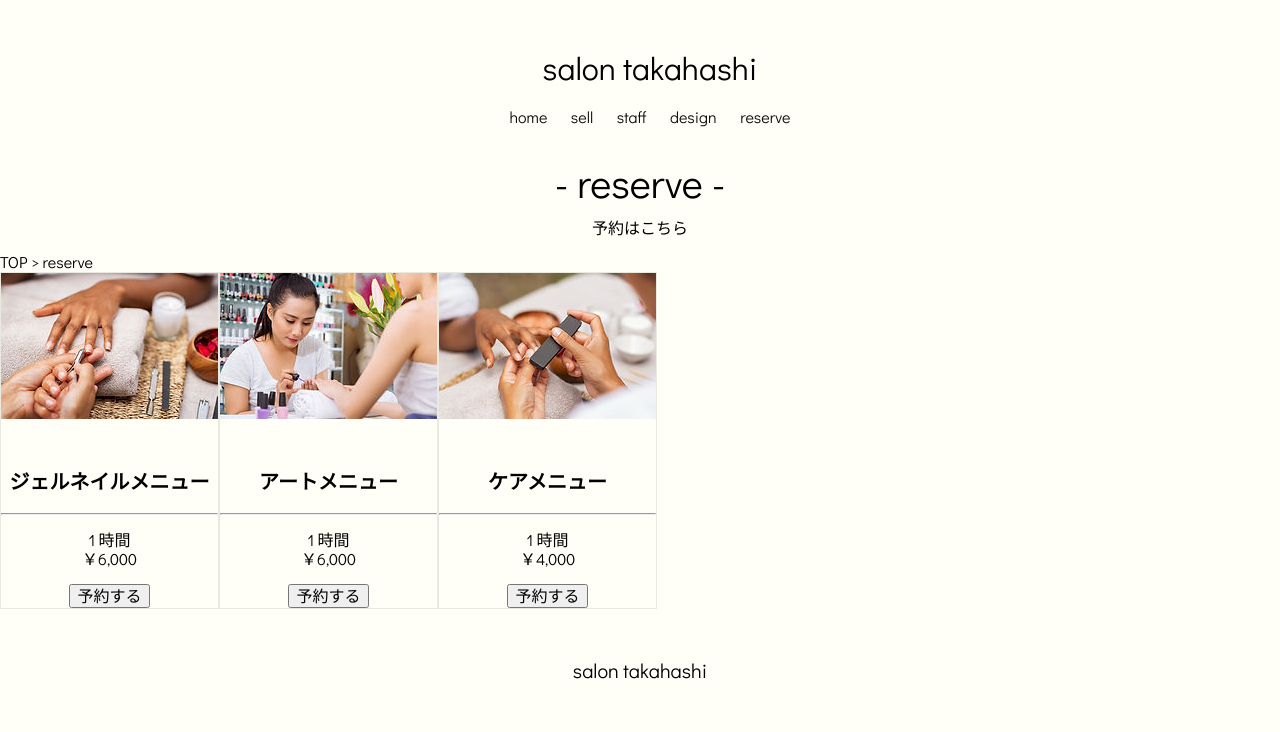
Repository: yukitakahashi1002/salontakahashi-
Page: reserve.html
The author's editor kept a copy of each file at every save. The page is drawn from the files as they stood at one save, then again after the next save.
The browser window is 1280 px wide. The pictures show the whole page.

Above is the page before, as saved 2023-08-07 00:51:46.

### reserve.html
<!DOCTYPE html>
<html>
<head>
    <title>Salon Takahashi - reserve 予約 -</title>
    <meta charset="utf-8">
    <meta name="description" content="サロンタカハシの予約一覧窓口">
    <meta name="viewport" content="width=device-width, initial-scale=1.0">
    <link rel="stylesheet" href='https://fonts.googleapis.com/css?family=Didact Gothic'>
    <link rel="stylesheet" href="css/normalize.css">
    <link rel="stylesheet" href="css/style.css">
</head>
<body>
    <!-- ヘッダー -->
    <header>
        <!-- サイトタイトル -->
        <h1>salon takahashi</h1>

        <!-- PC用ナビゲーション -->
        <nav id="nav-pc">
            <a href="/">home</a>
            <a href="sell.html">sell</a>
            <a href="staff.html">staff</a>
            <a href="design.html">design</a>
            <a href="reserve.html">reserve</a>
        </nav>
    </header>
    <main>
        <article>
            <!-- staff -->
            <section id="reserve">
                <div class="section-title">
                    <h2 class="index-h2">- reserve -</h2>
                    <p>予約はこちら</p>
                </div>
                <div>TOP > reserve</div>
                <div id="reserve-flex">
                    <div>
                        <img src="images/11062b_f559db1cc04e4659ba60bf315688cfeb~mv2.jpg" alt="ジェルネイルメニュー">
                        <div class="staff-flex">
                            <h3>ジェルネイルメニュー</h3>
                            <hr>
                            <p>1 時間<br>￥6,000</p>
                            <button type="button" onclick="location.href='#'">予約する</button>
                        </div>
                    </div>
                    <div>
                        <img src="images/11062b_d6c82e8a1fc042bc97ade38e98abc538~mv2.jpeg" alt="アートメニュー">
                        <div class="staff-flex">
                            <h3>アートメニュー</h3>
                            <hr>
                            <p>1 時間<br>￥6,000</p>
                            <button type="button" onclick="loction.href='#'">予約する</button>
                        </div>
                    </div>
                    <div>
                        <img src="images/11062b_cc6328a56ade492191d4d380690a11f1~mv2.jpeg" alt="ケアメニュー">
                        <div class="staff-flex">
                            <h3>ケアメニュー</h3>
                            <hr>
                            <p>1 時間<br>￥4,000</p>
                            <button type="button" onclick="location.href='#'">予約する</button>
                        </div>
                    </div>
                </div>
            </section>
        </article>
        <footer>
            <p>salon takahashi</p>
        </footer>
    </main>
</body>
</html>

### css/style.css
@charset "utf-8";

/*
* *********************************
*　ページ全体に関わるのCSS設定
* *********************************
*/
html *,
::before,
::after {
    box-sizing: border-box;
}

html {
    font-size: 14px;
}
@media (min-width: 768px)  {
    html {
        font-size: 16px;
    }
}

body {
    font-family: 'Didact Gothic', sans-serif;
    background-color: #FFFFF8;
}

/* 標準的なリンクのテキストの色 */
a {
    color: #f30;
}



/*=============
PC用のスタイル
==============*/
/* 横幅設定 */
body {
    max-width: 1800px;
    min-width: 960px;
    margin: 0 auto 0 auto;
}

/* ヘッダー */
header {
    text-align: center;
    margin-top: 50px;
}
header > h1 {
    margin-left: 20px;
    font-weight: normal;
}

/* ナビゲーションのレイアウト */
#nav-pc > a:link {
    text-decoration: none;
    margin-left: 20px;
    color: #0d0d0d;
}

#nav-pc > a:visited {
    color: #0d0d0d;
}

#nav-pc > a:hover {
    color: #0d0d0d;
    text-decoration: underline;
}

#nav-pc > a:active {
    color: #0d0d0d;
}

/* メインビジュアル */
#main-visual {
    text-align: center;
}

#main-message > h1 {
    font-size: 60px;
    margin: 100px auto 0 auto;
    font-weight: normal;
}
#main-message > p {
    font-size: 20px;
}

#main-visual > img {
    margin: 80px auto 0 auto;
}

/* 見出し */
.section-title {
    text-align: center;
}
.section-title > P {
    margin-top: -20px;
}


h2 {
    font-weight: normal;
    font-size: 40px;
}

h3 {
    font-size: 20px;
}

/* メニュー */
#menu {
    margin: 100px auto 80px auto;
    width: 100%;
}

/* メニューセクションのフレックス部分 */
#menu-flex {
    width: 100%;
    display: flex;
    justify-content: space-between;
}

#menu-flex > div {
    width: 50%;
    height: 600px;
    margin-top: 50px;
}

.menu-flex-left {
    display: flex;
    align-items: flex-start;
    position: relative;
    margin-right: 20px;
    margin-left: 20px;
}

.menu-flex-left > img {
    width: 100%;
}

.placebox-left {
    width: 30%;
    position: absolute;
    top: 25%;
    left: 50%;
    -ms-transform: translate(-50%, -50%);
    -webkit-transform: translate(-50%, -50%);
    transform: translate(-50%, -50%);
    margin: 0;
    padding: 0;
    background-color: #666666;
    opacity: 0.5;
    color: #FFFFFF;
    text-align: center;
    font-weight: bold;
}

/* 商品ページの商品コメント */
.sell-description-left {
    width: 80%;
    position: absolute;
    bottom: 0;
    left: 55%;
    -ms-transform: translate(-50%, -50%);
    -webkit-transform: translate(-50%, -50%);
    transform: translate(-50%, -50%);
    margin: 0;
    padding: 0;
    text-align: left;
}

/* スタッフセクションのフレックス部分 */
.staff-flex {
    text-align: center;
    margin: 3rem 0 0 0;
}

.menu-flex-right {
    display: flex;
    align-items: flex-end;
    position: relative;
    margin-right: 20px;
    margin-left: 20px;
}


.menu-flex-right > img {
    width: 100%;
}

.placebox-right {
    width: 30%;
    position: absolute;
    bottom: 10%;
    right: 20%;
    -ms-transform: translate(-50%, -50%);
    -webkit-transform: translate(-50%, -50%);
    transform: translate(-50%, -50%);
    margin: 0;
    padding: 0;
    background-color: #666666;
    opacity: 0.5;
    color: #FFFFFF;
    text-align: center;
    font-weight: bold;
}

/* 商品ページの商品コメント */
.sell-description-right {
    width: 80%;
    position: absolute;
    top: 5%;
    right: 23%;
    -ms-transform: translate(0, -50%);
    -webkit-transform: translate(0, -50%);
    transform: translate(0, -50%);
    margin: 0;
    padding: 0;
    text-align: left;
}

/* デザインセクションのフレックス部分 */
#design-flex {
    display: flex;
    flex-wrap: wrap;
}

/* デザイン画像 */
.cover-box {
    position: relative;
    transition: transform 0.3s ease;
}

.image-box > img {
    width: 600px;
    height: auto;
    padding: 20px;
    vertical-align: bottom;
}

.dark-cover > h3 {
    opacity: 0;
    position: absolute;
    top: 10px;
    left: 30px;
}

.dark-cover:hover > h3 {
    color: #FFFFFF;
    opacity: 1;
}

/* デザイン画像のホバー時 */
.dark-cover {
    position: absolute;
    top: 0;
    left: 0;
    right: 0;
    bottom: 0;
    z-index: 1;
    opacity: .3;
    transition:  background-color 0.3s ease;
    margin: 20px;
}
.dark-cover:hover {
    background-color: black;
}

.menu-foot {
    text-align: left;
    width: 60%;
    margin: 0 0 0 30%;
}

.menu-foot p {
    margin: 5px 0 5px 0;
    font-size: 16px;
}

/* reserveセクションのフレックス部分 */
#reserve-flex {
    display: flex;
}

#reserve-flex > div {
    border: 1px solid #E9E9E0;
}

hr {
    color: #E9E9E0;
}

/* インフォメーション */
#information {
    margin: 100px auto 80px auto;
    width: 100%;
}

/* 表部分 */
/* height: 330px;効かない */
table {
    border-collapse:collapse;
    border-spacing: 0;
    height: 330px;
}

/* .information-table > td だと効かない */
.infomertion-left {
    width: 50%;
    height: 200px;
    background-color: #F2F2F2;
    text-align: center;
    vertical-align: center;
    line-height: 40px;
}

.infomertion-right {
    width: 50%;
    /* height: 200px; */
}

strong {
    font-size: 30px;
}

footer {
    margin: 50px auto;
    text-align: center;
}

footer p {
    font-size: 20px;
}

Loaded but not shown: css/normalize.css (library)

After the next save:
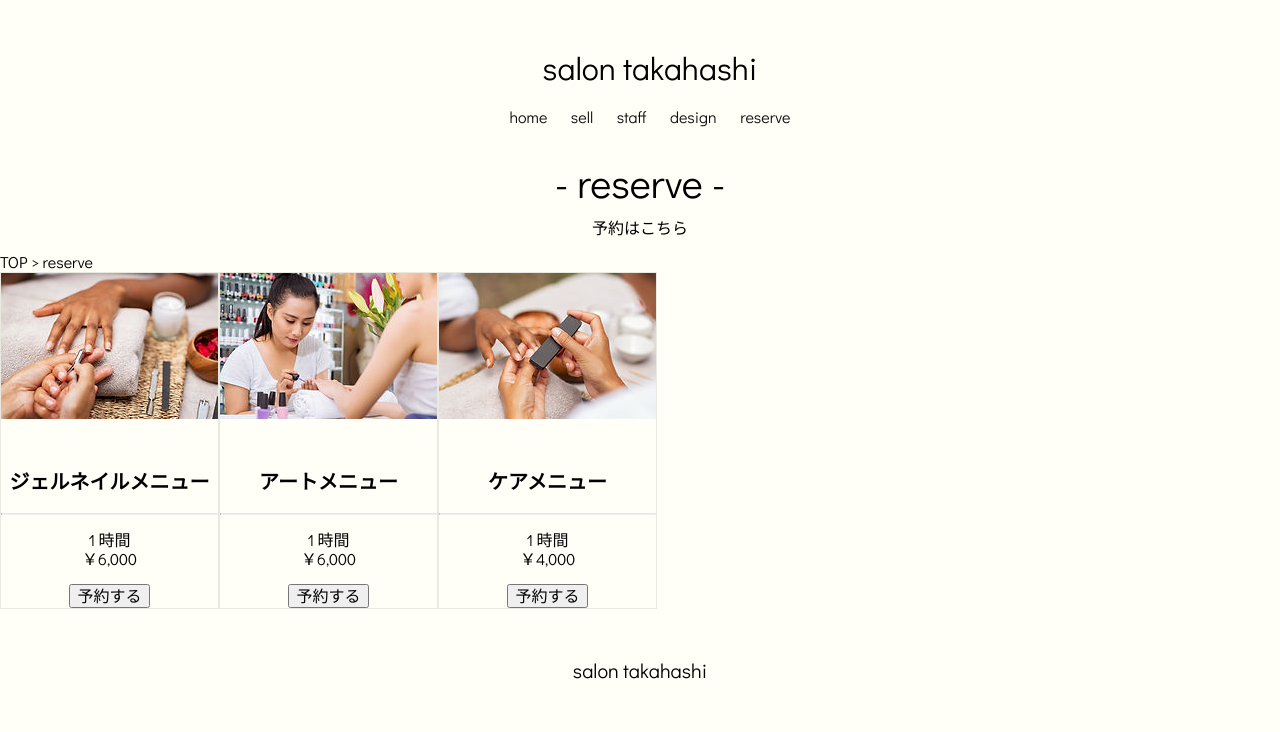
Saved 113 s later.
--- a/css/style.css
+++ b/css/style.css
@@ -288,7 +288,7 @@ h3 {
 }
 
 hr {
-    color: #E9E9E0;
+    border-top: 1px solid #E9E9E0;
 }
 
 /* インフォメーション */
